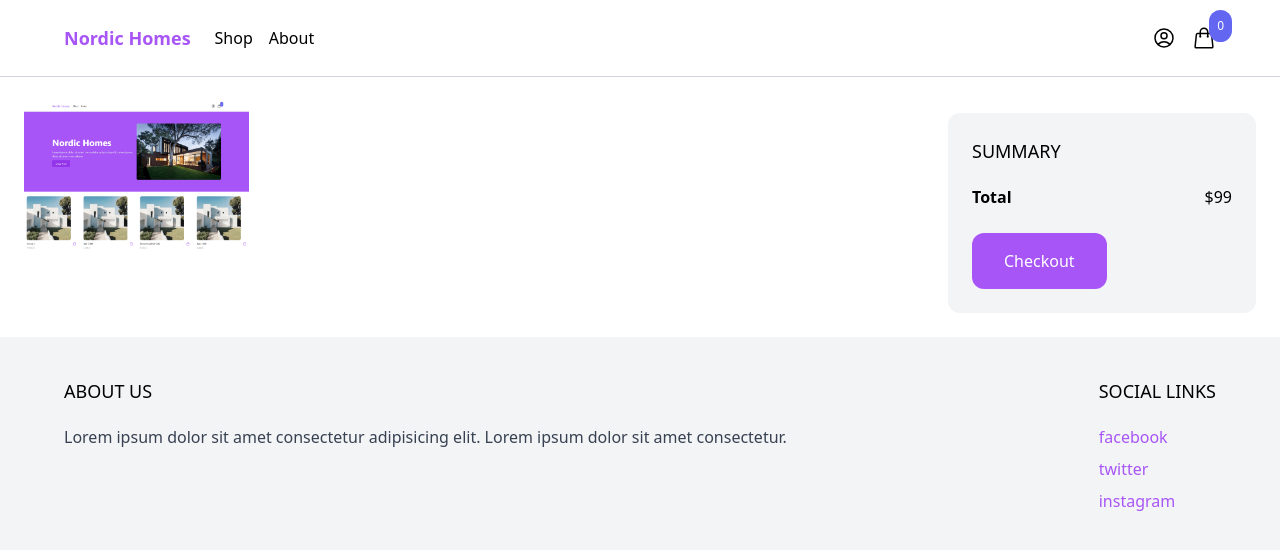
Repository: Calin224/NordicHomes
Page: cart/templates/cart/cart.html
The author's editor kept a copy of each file at every save. The page is drawn from the files as they stood at one save, then again after the next save.
The browser window is 1280 px wide. The pictures show the whole page.
Some web libraries are served in a nearby version. The template is drawn by Django 4.2. The application's start-up code is not run. The template is opened directly, without the code that normally fills it, so the values that code supplies are empty.

Above is the page before, as saved 2023-02-16 20:37:56.

After the next save:
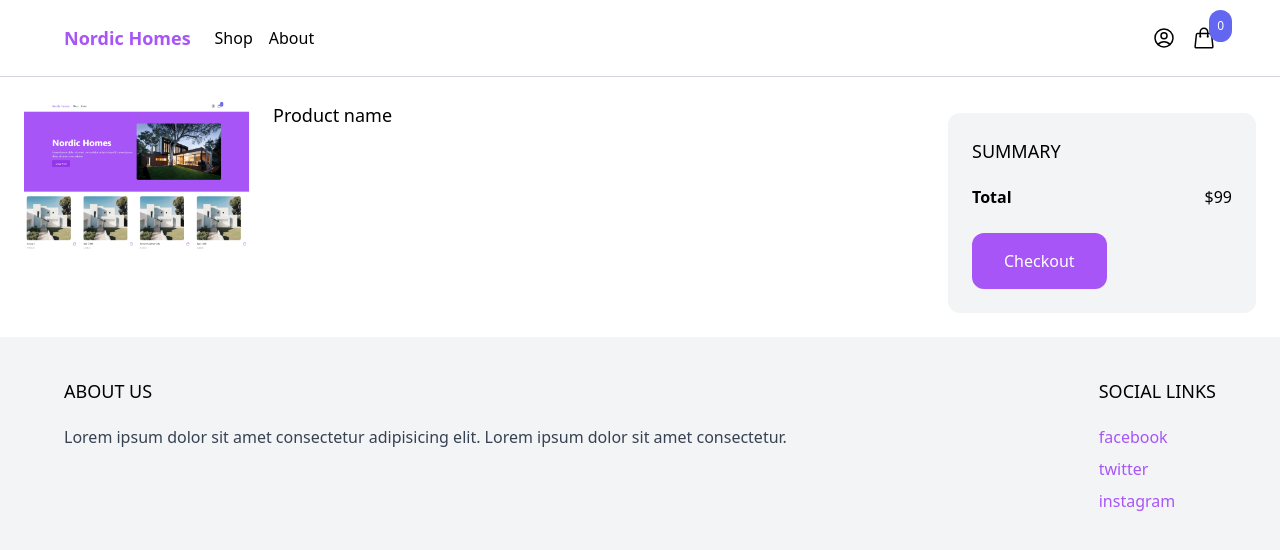
Saved 16 s later.
--- a/cart/templates/cart/cart.html
+++ b/cart/templates/cart/cart.html
@@ -10,7 +10,9 @@
             </a>
 
             <div class="w-3/4 pl-6">
-                <div class="flex jusify-between"></div>
+                <div class="flex jusify-between">
+                    <a href="#" class="text-lg">Product name</a>
+                </div>
             </div>
         </div>
     </div>
